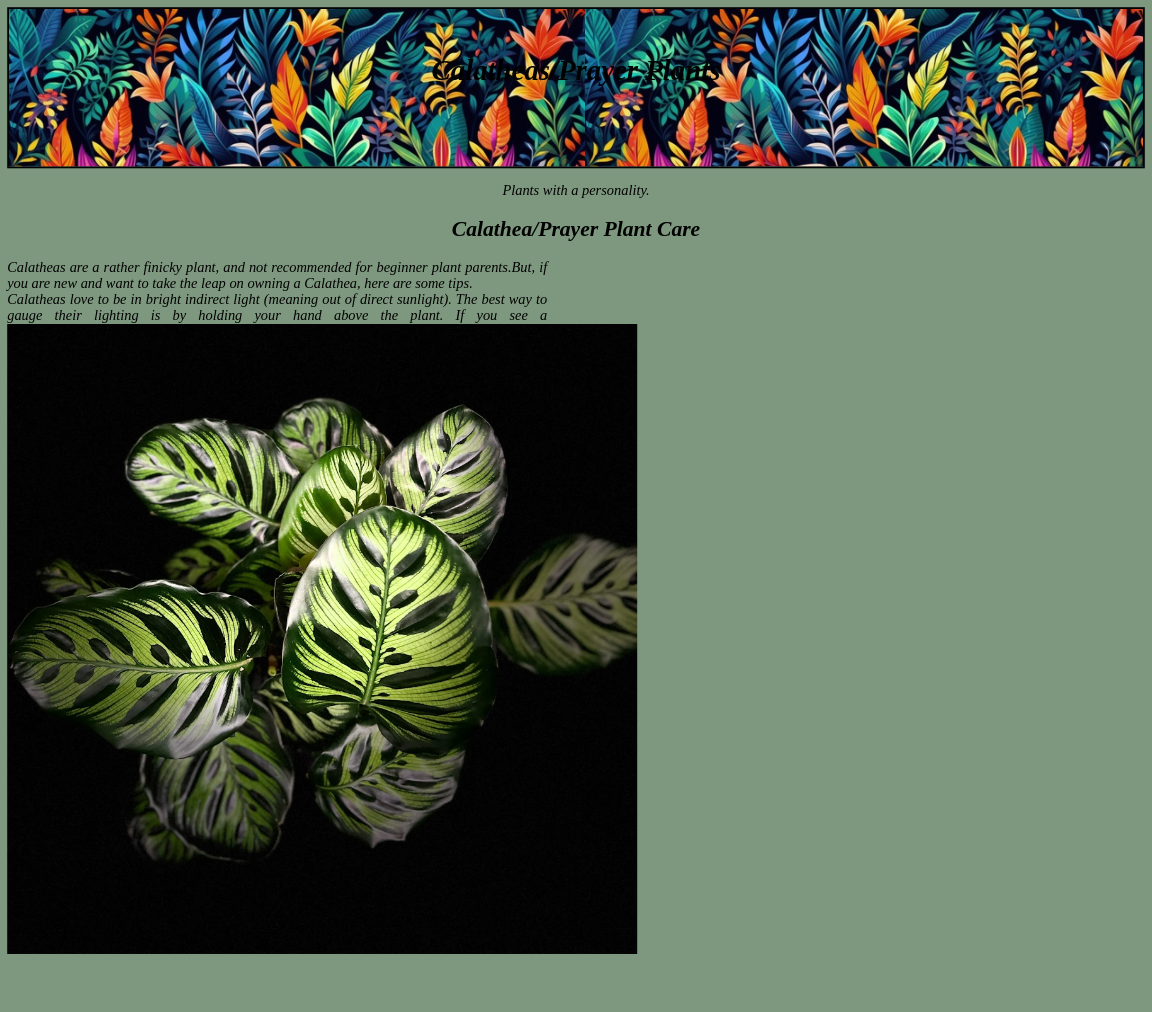
Repository: swillis91/odin-recipies
Page: Planty Page/calatheas.html
An editor plug-in stored every save of this project. The page is shown before and after the next save, followed by the edit.
The browser window is 1280 px wide. The pictures show the whole page, at 90% of full size.

Above is the page before, as saved 2023-08-11 00:14:27.

### Planty Page/calatheas.html
<!DOCTYPE html>
    <html>
        <head>
            <title>Calatheas</title>
            <link href="style.css" rel="stylesheet"
        </head>
        <body>
            <h1 class="heading">Calatheas/Prayer Plants</h1>
              <p>Plants with a personality.</p>
            <h2>Calathea/Prayer Plant Care</h2>
              <p class="care">Calatheas are a rather finicky plant, and not recommended for beginner plant parents.But, if you are new and want to take the leap on owning a Calathea, here are some tips.
                <br>
                Calatheas love to be in bright indirect light (meaning out of direct sunlight). The best way to gauge their lighting is by holding your hand above the plant. If you see a
                <img src="./Images/makoyana.webp" id="calathea makoyana" width="700px">

                </tr>
            </table>
        </body>
    </html>

### Planty Page/style.css
body{
    background-color: rgb(126, 152, 127);
    color:black;
    text-align: center;
    font-family:cursive;
    font-style: oblique;
}

.heading{
    color: rgba(0, 0, 0, 0.974);
    border: 2px solid rgb(0, 3, 3);
    background-image: url('Images/banner.jpg');
    height: 75px;
    margin: 0 auto;
    padding:50px 20px;

}

.care{
    text-align: justify;
    width: 600px;

}

#calathea-makoyana{
    width: 500px;
    Height: auto:
}

table{

}

After the next save:
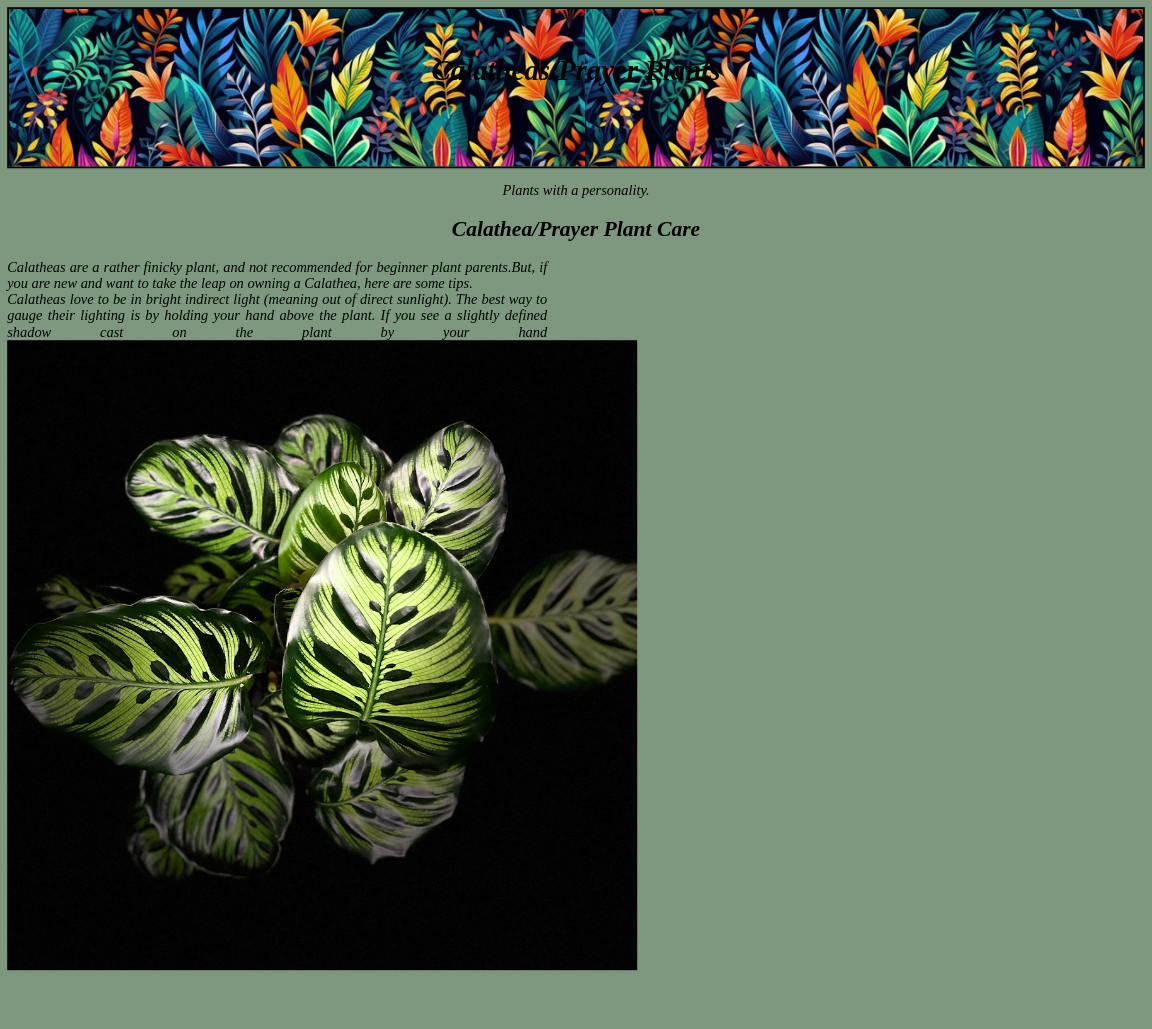
Saved 14 s later.
--- a/Planty Page/calatheas.html
+++ b/Planty Page/calatheas.html
@@ -10,7 +10,7 @@
             <h2>Calathea/Prayer Plant Care</h2>
               <p class="care">Calatheas are a rather finicky plant, and not recommended for beginner plant parents.But, if you are new and want to take the leap on owning a Calathea, here are some tips.
                 <br>
-                Calatheas love to be in bright indirect light (meaning out of direct sunlight). The best way to gauge their lighting is by holding your hand above the plant. If you see a
+                Calatheas love to be in bright indirect light (meaning out of direct sunlight). The best way to gauge their lighting is by holding your hand above the plant. If you see a slightly defined shadow cast on the plant by your hand
                 <img src="./Images/makoyana.webp" id="calathea makoyana" width="700px">
 
                 </tr>
